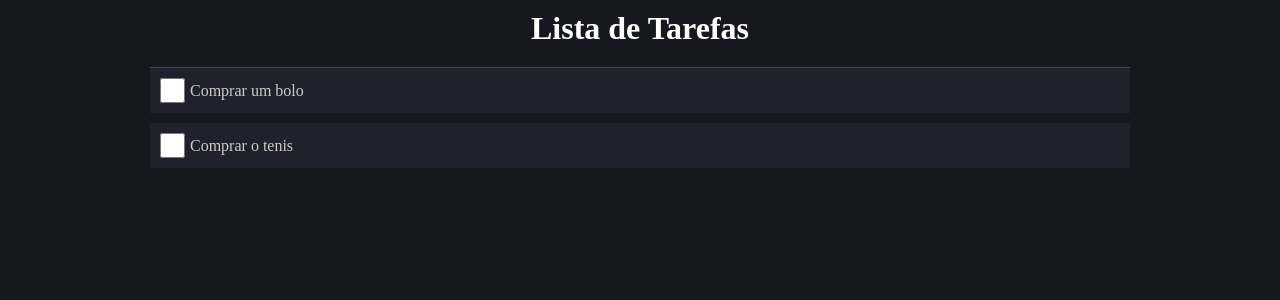
Repository: Wink07/lista-tarefas
Page: /
An editor plug-in stored every save of this project. The page is shown before and after the next save, followed by the edit.
The browser window is 1280 px wide. The pictures show the whole page.
The project was rebuilt for these pictures with package versions that can differ from the ones it lists, and the page was loaded fresh each time. Also part of the build but not shown: vite.config.ts.

Above is the page before, as saved 2022-05-10 18:27:29.

### src/main.tsx
import React from 'react'
import ReactDOM from 'react-dom/client'
import { App } from './App'


ReactDOM.createRoot(document.getElementById('root')!).render(
  <React.StrictMode>
    <App />
  </React.StrictMode>
)

### src/App.tsx
import * as C from "./App.styles"
import './global.css'
import { useState } from "react"
import { Item } from './types/Item'
import { ListItem } from './components/ListItem';

export const App = () => {
  const [list, setList] = useState<Item[]>( [
    { id: 1, name: 'Comprar um bolo', done: false},
    { id: 2, name: 'Comprar o tenis', done: false},
  ]);


  return (
    <C.Container>
      <C.Area>
        <C.Header>Lista de Tarefas</C.Header>

          {}

          {list.map((item, index) => (
            <ListItem key={index} item={item}/>
          ))}

      </C.Area>
    </C.Container>
  )
}

### src/App.styles.ts
import styled from 'styled-components';


export const Container = styled.div`
    background-color: #17181F;
    color:#797A81;
    min-height: 100vh;
`;

export const Area = styled.div`
    margin: auto;
    max-width: 980px;
    padding: 10px;
`;

export const Header = styled.h1`
    margin: 0;
    padding: 0;
    color: #FFF;
    text-align: center;
    border-bottom: 1px solid #444;
    padding-bottom: 20px;
`;

### src/components/ListItem/index.tsx
import * as C from './styles'
import { Item } from '../../types/Item';

type Props = {
    item: Item
}


export const ListItem = ({item }: Props) => {
    return (
        <C.Container>
            <input type="checkbox" />
            <label>{item.name}</label>
        </C.Container>
    )
}

### src/components/ListItem/styles.ts

import styled from 'styled-components'

export const Container = styled.div`
    display: flex;
    background-color: #20212C;
    padding: 10px;
    boder-radius: 10px;
    margin-bottom: 10px;
    align-items: center;

    input {
        width: 25px;
        height: 25px;
        margin-right: 5px;
    }

    label {
        color: #CCC
    }
`;

Loaded but not shown: index.html (common file); src/global.css (common file)

After the next save:
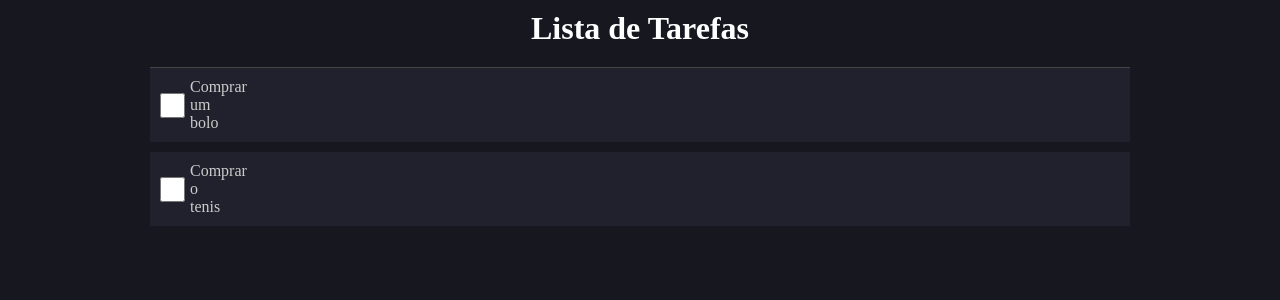
Saved 63 s later.
--- a/src/components/ListItem/styles.ts
+++ b/src/components/ListItem/styles.ts
@@ -16,6 +16,7 @@
     }
 
     label {
-        color: #CCC
+        color: #CCC;
+        width: 25px;
     }
 `;

After the save that followed:
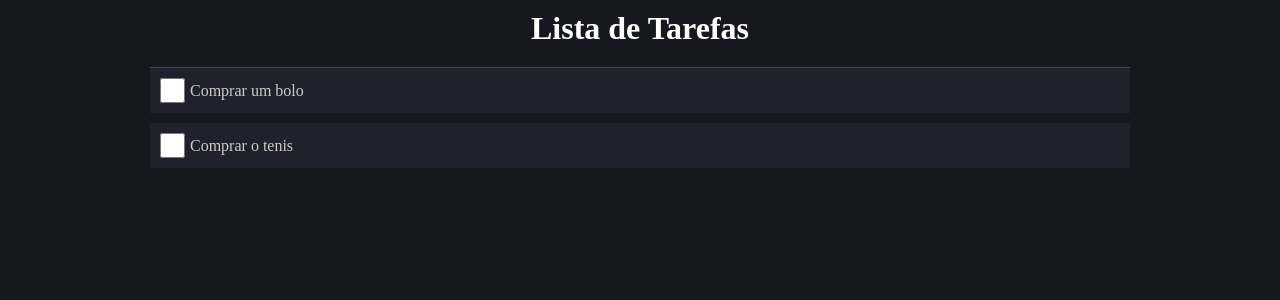
Saved 8 s later.
--- a/src/components/ListItem/styles.ts
+++ b/src/components/ListItem/styles.ts
@@ -17,6 +17,5 @@
 
     label {
         color: #CCC;
-        width: 25px;
     }
 `;
